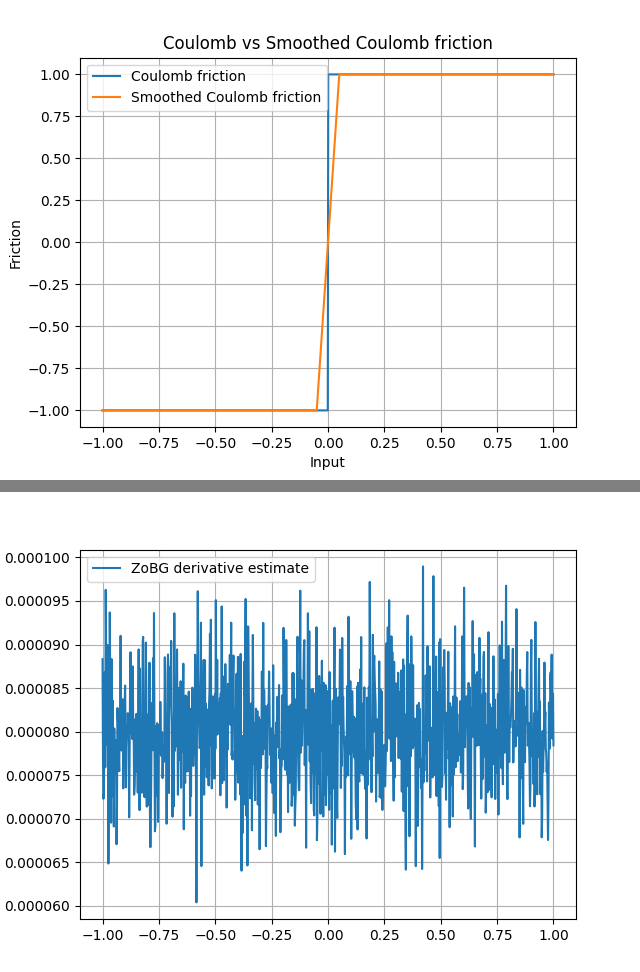
Repository: oomcth/Gradient-smoothing
Script's output: python test.py
The author's editor kept a copy of each file at every save. The script's output is drawn from the files as they stood at one save, then again after the next save.
Each picture stacks the figures in order, with grey between them; figures that are only written to a file come last. Random numbers start from a fixed seed.

Above is the script's output before, as saved 2025-11-21 16:54:24.

After the next save:
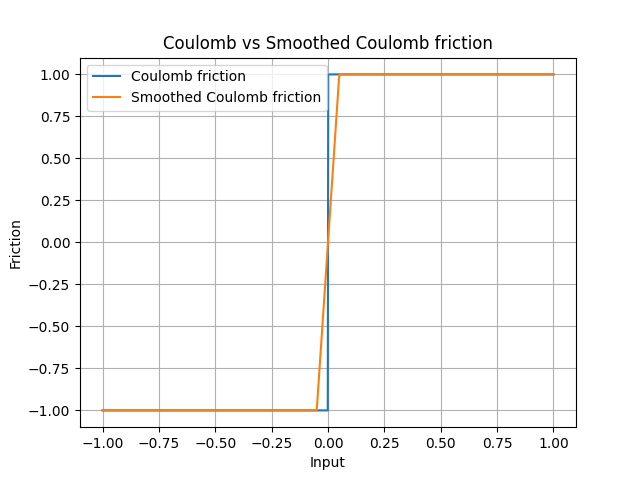
Error: AttributeError: 'NoneType' object has no attribute 'normal'
Saved 27 s later.
--- a/test.py
+++ b/test.py
@@ -32,8 +32,6 @@
 
 
 def zo_gradient(f, x, sigma=0.1, M=100, rng=None):
-    rng = np.random.default_rng() if rng is None else rng
-
     x = np.array([x], dtype=float)
     omegas = rng.normal(loc=0.0, scale=sigma, size=int(M))
 

After the save that followed:
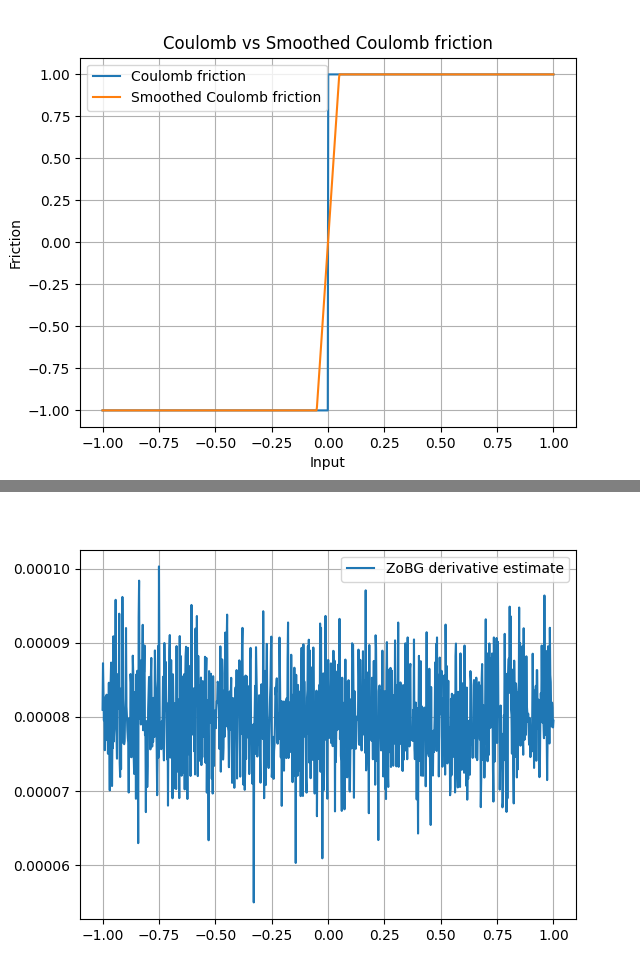
The error is gone.
Saved 37 s later.
--- a/test.py
+++ b/test.py
@@ -31,7 +31,7 @@
     plt.show()
 
 
-def zo_gradient(f, x, sigma=0.1, M=100, rng=None):
+def zo_gradient(f, x, sigma=0.1, M=100):
     x = np.array([x], dtype=float)
     omegas = rng.normal(loc=0.0, scale=sigma, size=int(M))
 
